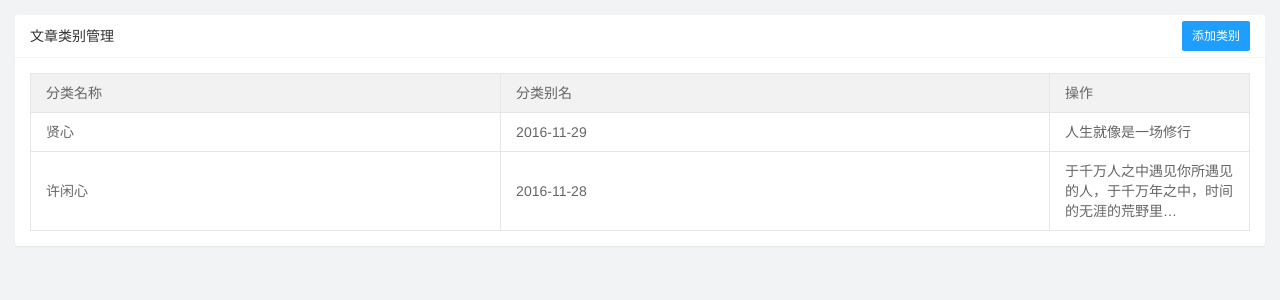
Repository: R1Deemo/Main-project
Page: article/art_cate.html
These files come from the project's save history. The page is drawn as it stood at one moment and after the next save; the edit follows.
The browser window is 1280 px wide. The pictures show the whole page.
The page's requests for data from a server got no answer.

Above is the page before, as saved 2022-11-09 20:03:50.
Console error: TypeError: Cannot read properties of undefined (reading 'status')

After the next save:
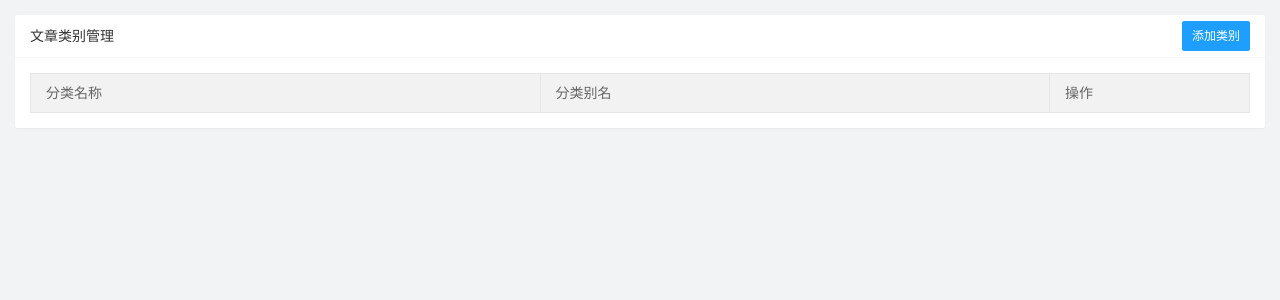
Saved 81 s later.
--- a/article/art_cate.html
+++ b/article/art_cate.html
@@ -31,16 +31,7 @@
                     </tr>
                 </thead>
                 <tbody>
-                    <tr>
-                        <td>贤心</td>
-                        <td>2016-11-29</td>
-                        <td>人生就像是一场修行</td>
-                    </tr>
-                    <tr>
-                        <td>许闲心</td>
-                        <td>2016-11-28</td>
-                        <td>于千万人之中遇见你所遇见的人，于千万年之中，时间的无涯的荒野里…</td>
-                    </tr>
+
                 </tbody>
             </table>
 
@@ -52,7 +43,8 @@
         <tr>
             <td>{{$value.name}}</td>
             <td>{{$value.alias}}</td>
-            <td> <button type="button" class="layui-btn layui-btn-normal layui-btn-sm">编辑</button> <button type="button" class="layui-btn layui-btn-normal layui-btn-sm">删除</button></td>
+            <td> <button type="button" class="layui-btn  layui-btn-xs">编辑</button>
+                <button type="button" class="layui-btn layui-btn-danger layui-btn-xs">删除</button></td>
         </tr>
         {{/each}}
     </script>
